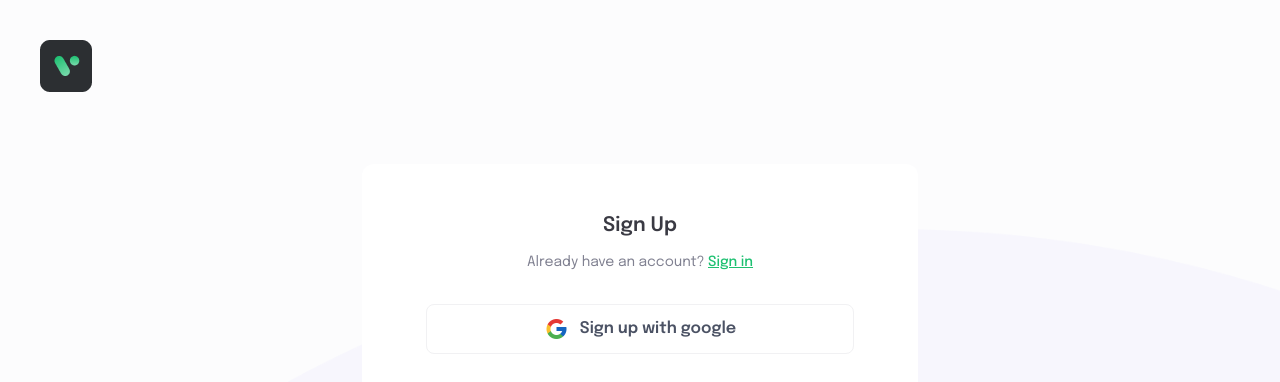
Repository: CarsonDev1/Crowfunding
Page: /sign-up
An editor plug-in stored every save of this project. The page is shown before and after the next save, followed by the edit.
The browser window is 1280 px wide. The pictures show the whole page.
The project was rebuilt for these pictures with package versions that can differ from the ones it lists, and the page was loaded fresh each time. Also part of the build but not shown: src/components/common/ErrorComponent.jsx, src/pages/SignIn.jsx.

Above is the page before, as saved 2023-04-06 23:30:28.

After the next save:
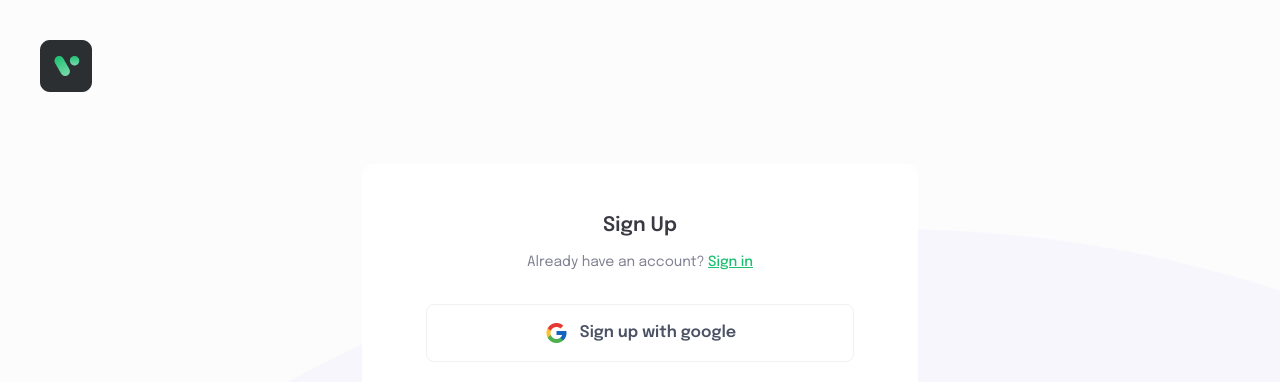
Saved 10 s later.
--- a/src/pages/SignUp.jsx
+++ b/src/pages/SignUp.jsx
@@ -11,7 +11,7 @@ function SignUp() {
 					Sign in
 				</Link>
 			</p>
-			<button className="flex items-center justify-center w-full py-3 mb-5 text-base font-semibold border rounded-lg gap-x-3 border-strock text-text2">
+			<button className="flex items-center justify-center w-full py-4 mb-5 text-base font-semibold border rounded-lg gap-x-3 border-strock text-text2">
 				<img srcSet="/icon/Google.png 2x" alt="icon-google" />
 				<span>Sign up with google</span>
 			</button>
